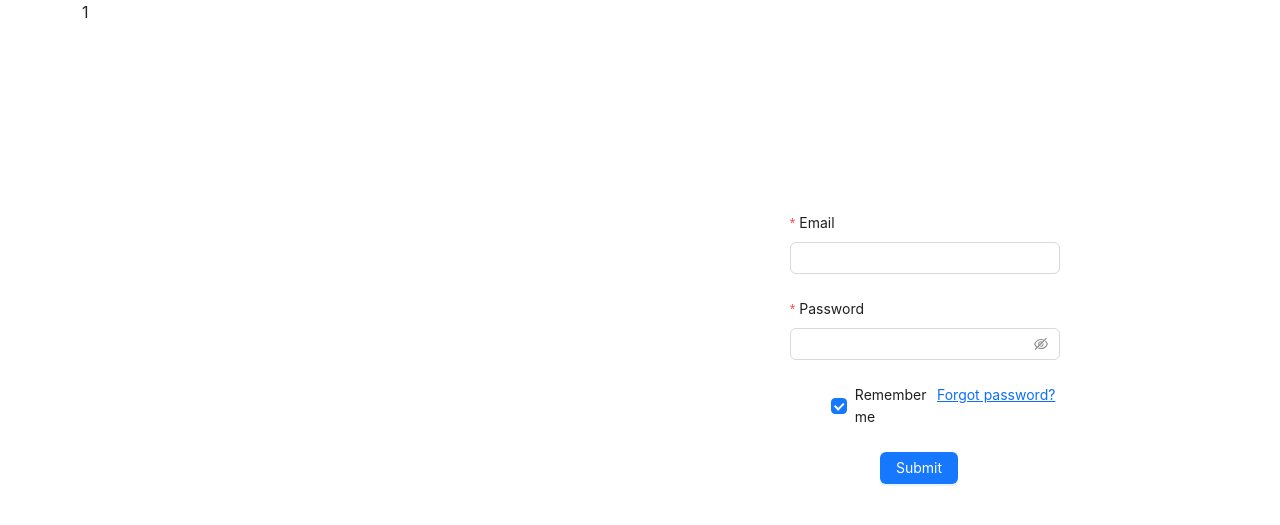
Repository: di-huynh-dev/kanban-inventory-management
Page: /
An editor plug-in stored every save of this project. The page is shown before and after the next save, followed by the edit.
The browser window is 1280 px wide. The pictures show the whole page.
The project was rebuilt for these pictures with package versions that can differ from the ones it lists, and the page was loaded fresh each time. Also part of the build but not shown: src/App.css, src/pages/auth/SignUp.tsx, src/routers/MainRouter.tsx.

Above is the page before, as saved 2024-09-07 11:52:02.

### public/index.html
<!DOCTYPE html>
<html lang="en">
  <head>
    <meta charset="utf-8" />
    <link rel="icon" href="%PUBLIC_URL%/favicon.ico" />
    <meta name="viewport" content="width=device-width, initial-scale=1" />
    <meta name="theme-color" content="#000000" />
    <meta
      name="description"
      content="Web site created using create-react-app"
    />
    <link rel="apple-touch-icon" href="%PUBLIC_URL%/logo192.png" />
    <link
      rel="stylesheet"
      href="https://cdn.jsdelivr.net/npm/bootstrap@5.3.2/dist/css/bootstrap.min.css"
      integrity="sha384-T3c6CoIi6uLrA9TneNEoa7RxnatzjcDSCmG1MXxSR1GAsXEV/Dwwykc2MPK8M2HN"
      crossorigin="anonymous"
    />
    <!--
      manifest.json provides metadata used when your web app is installed on a
      user's mobile device or desktop. See https://developers.google.com/web/fundamentals/web-app-manifest/
    -->
    <link rel="manifest" href="%PUBLIC_URL%/manifest.json" />
    <!--
      Notice the use of %PUBLIC_URL% in the tags above.
      It will be replaced with the URL of the `public` folder during the build.
      Only files inside the `public` folder can be referenced from the HTML.

      Unlike "/favicon.ico" or "favicon.ico", "%PUBLIC_URL%/favicon.ico" will
      work correctly both with client-side routing and a non-root public URL.
      Learn how to configure a non-root public URL by running `npm run build`.
    -->
    <title>React App</title>
  </head>
  <body>
    <noscript>You need to enable JavaScript to run this app.</noscript>
    <div id="root"></div>
    <!--
      This HTML file is a template.
      If you open it directly in the browser, you will see an empty page.

      You can add webfonts, meta tags, or analytics to this file.
      The build step will place the bundled scripts into the <body> tag.

      To begin the development, run `npm start` or `yarn start`.
      To create a production bundle, use `npm run build` or `yarn build`.
    -->
  </body>
</html>

### src/index.css
body {
  margin: 0;
  font-family: -apple-system, BlinkMacSystemFont, 'Segoe UI', 'Roboto', 'Oxygen', 'Ubuntu', 'Cantarell', 'Fira Sans',
    'Droid Sans', 'Helvetica Neue', sans-serif;
  -webkit-font-smoothing: antialiased;
  -moz-osx-font-smoothing: grayscale;
}

code {
  font-family: source-code-pro, Menlo, Monaco, Consolas, 'Courier New', monospace;
}

.content-center {
  height: 100vh;
  justify-content: center;
  align-items: center;
  display: flex;
}

### src/App.tsx
import './App.css'
import Routers from './routers/Routers'

function App() {
  return <Routers />
}

export default App

### src/routers/Routers.tsx
import AuthRouter from './AuthRouter'
import MainRouter from './MainRouter'

const Routers = () => {
  return 1 < 2 ? <AuthRouter></AuthRouter> : <MainRouter></MainRouter>
}

export default Routers

### src/routers/AuthRouter.tsx
import { createBrowserRouter, RouterProvider } from 'react-router-dom'
import { LoginPage, SignUpPage } from '../pages'

const authRouter = createBrowserRouter([
  {
    path: '/',
    element: <LoginPage></LoginPage>,
  },
  {
    path: '/sign-up',
    element: <SignUpPage></SignUpPage>,
  },
])
const AuthRouter = () => {
  return (
    <div className="container">
      <div className="row">
        <div className="col">1</div>
        <div className="col content-center">
          <RouterProvider router={authRouter} />
        </div>
      </div>
    </div>
  )
}

export default AuthRouter

### src/pages/index.ts
import LoginPage from './auth/Login'
import SignUpPage from './auth/SignUp'

export { LoginPage, SignUpPage }

### src/pages/auth/Login.tsx
import type { FormProps } from 'antd'
import { Button, Checkbox, Form, Input } from 'antd'
import { Link } from 'react-router-dom'

type FieldType = {
  email?: string
  password?: string
  remember?: string
}

const LoginPage = () => {
  const onFinish: FormProps<FieldType>['onFinish'] = (values) => {
    console.log('Success:', values)
  }

  const onFinishFailed: FormProps<FieldType>['onFinishFailed'] = (errorInfo) => {
    console.log('Failed:', errorInfo)
  }
  return (
    <Form
      layout="vertical"
      initialValues={{ remember: true }}
      onFinish={onFinish}
      onFinishFailed={onFinishFailed}
      autoComplete="off"
    >
      <Form.Item<FieldType>
        label="Email"
        name="email"
        rules={[{ required: true, message: 'Please input your username!' }]}
      >
        <Input />
      </Form.Item>

      <Form.Item<FieldType>
        label="Password"
        name="password"
        rules={[{ required: true, message: 'Please input your password!' }]}
      >
        <Input.Password />
      </Form.Item>

      <div className="row">
        <div className="col">
          <Form.Item<FieldType> name="remember" valuePropName="checked" wrapperCol={{ offset: 8, span: 16 }}>
            <Checkbox>Remember me</Checkbox>
          </Form.Item>
        </div>

        <div className="col text-right">
          <Link to={'/'}>Forgot password?</Link>
        </div>
      </div>

      <Form.Item wrapperCol={{ offset: 8, span: 16 }}>
        <Button type="primary" htmlType="submit">
          Submit
        </Button>
      </Form.Item>
    </Form>
  )
}

export default LoginPage

Loaded but not shown: src/index.tsx (common file); src/reportWebVitals.ts (common file)

After the next save:
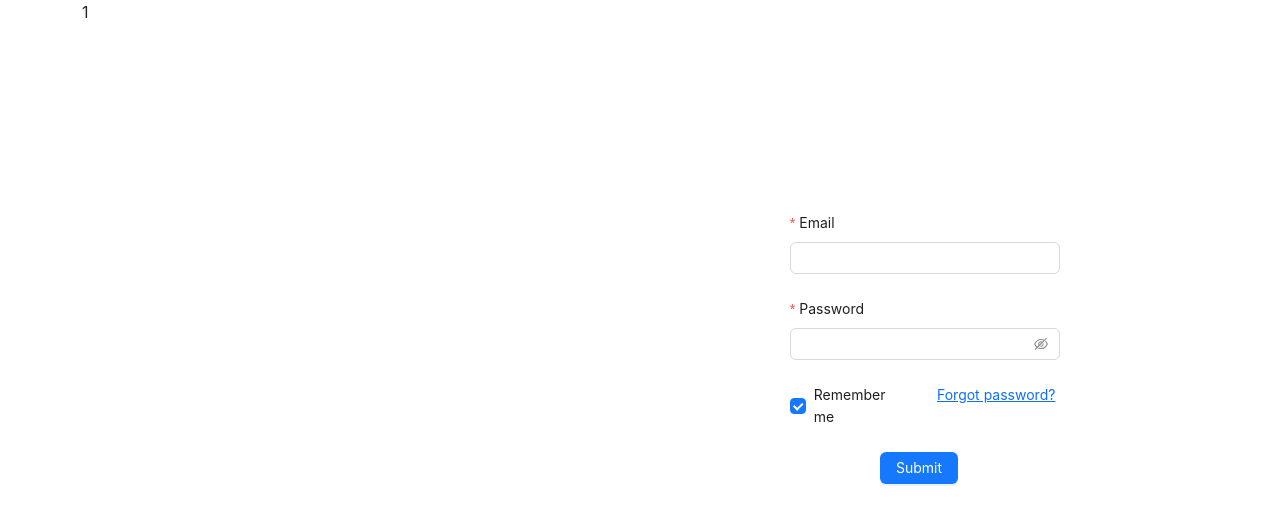
Saved 28 s later.
--- a/src/pages/auth/Login.tsx
+++ b/src/pages/auth/Login.tsx
@@ -42,7 +42,7 @@ const LoginPage = () => {
 
       <div className="row">
         <div className="col">
-          <Form.Item<FieldType> name="remember" valuePropName="checked" wrapperCol={{ offset: 8, span: 16 }}>
+          <Form.Item<FieldType> name="remember" valuePropName="checked">
             <Checkbox>Remember me</Checkbox>
           </Form.Item>
         </div>
